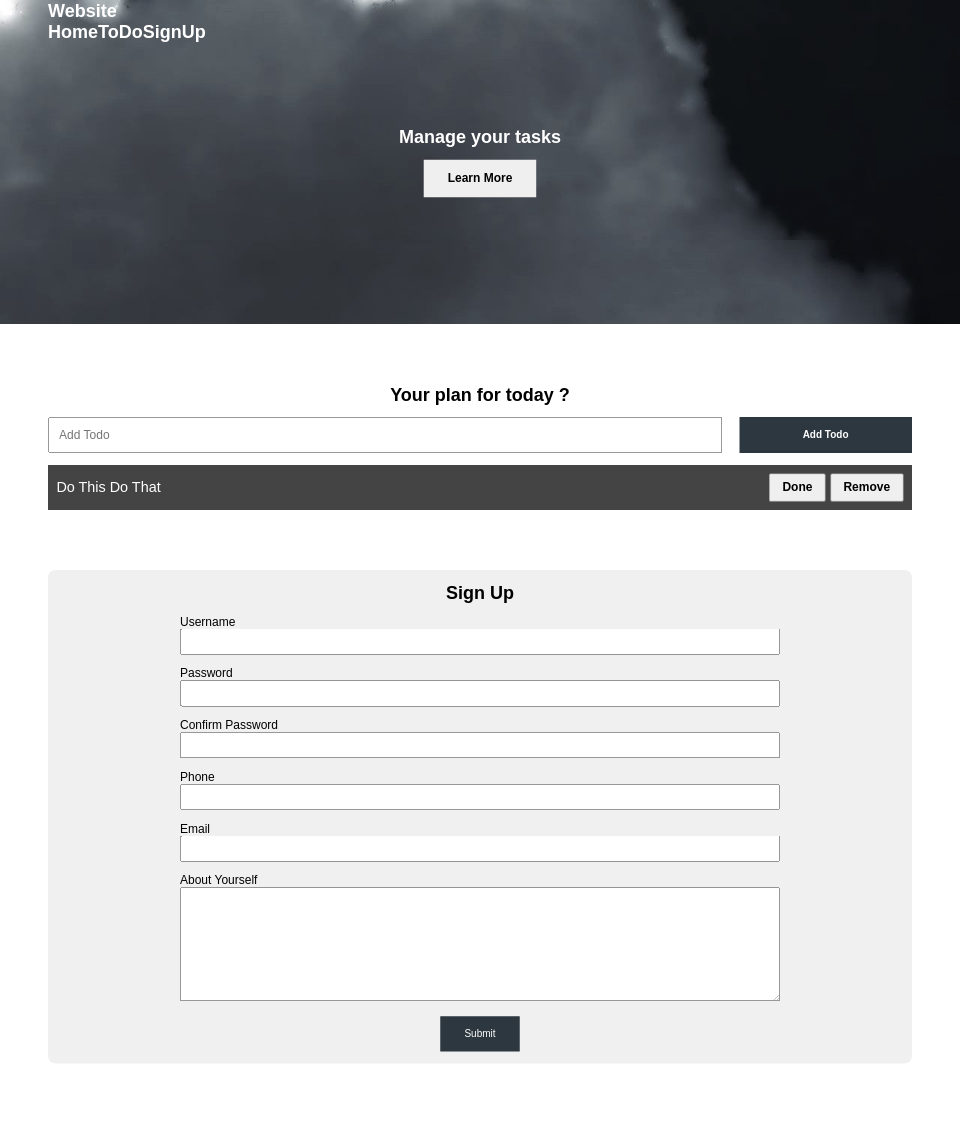
Repository: codewithfaizan/JavaScriptSelf
Page: 27.08.2022/index.html
An editor plug-in stored every save of this project. The page is shown before and after the next save, followed by the edit.
The browser window is 1280 px wide. The pictures show the whole page, at 75% of full size.

Above is the page before, as saved 2022-08-27 17:04:04.

### 27.08.2022/index.html
<!-- Creating html page -->
<!DOCTYPE html>
<html lang="en">
<head>
    <meta charset="UTF-8">
    <meta http-equiv="X-UA-Compatible" content="IE=edge">
    <meta name="viewport" content="width=device-width, initial-scale=1.0">
    <title>Website</title>
    <link rel="stylesheet" href="style.css">
</head>
<body>
    <header class="header">
        <nav class="nav container">
                <h1 class="logo">Website</h1class>
                <ul class="nav-items">
                    <li class="nav-item"><a href="#home">Home</a></li>
                    <li class="nav-item><a href="">ToDo</a></li>
                    <li class="nav-item><a href="">SignUp</a></li>
                </ul>
        </nav>

        <div class="headline">
            <h2 id="main-heading">
              Manage your tasks <span style="display: none">Hello</span>
            </h2>
            <button class="btn btn-headline">Learn More</button>
          </div>
    </header>
    <section class="section-todo container">
        <h2>Your plan for today ?</h2>

        <form class="form-todo">
          <input type="text" name="" id="" placeholder="Add Todo" />
          <input type="submit" value="Add Todo" class="btn" />
        </form>

        <ul class="todo-list">
            <li>
              <span class="text">Do this do that</span>
              <div class="todo-buttons">
                <button class="todo-btn done">Done</button>
                <button class="todo-btn remove">Remove</button>
              </div>
            </li>
          </ul>
        </section>

        <section class="section-signup container">
            <h2>Sign Up</h2>
            <form class="signup-form">
              <div class="form-group">
                <label for="username">Username</label>
                <input type="text" name="username" id="username" />
              </div>
              <div class="form-group">
                <label for="password">Password</label>
                <input type="password" name="password" id="password" />
              </div>
              <div class="form-group">
                <label for="confirmPassword">Confirm Password</label>
                <input type="password" name="confirmPassword" id="confirmPassword" />
              </div>
              <div class="form-group">
                <label for="phone">Phone</label>
                <input type="text" name="phone" id="phone" />
              </div>
              <div class="form-group">
                <label for="email">Email</label>
                <input type="email" name="email" id="email" />
              </div>
              <div class="form-group">
                <label for="about">About Yourself</label>
                <textarea name="about" id="about" cols="30" rows="10"></textarea>
              </div>
              <button type="submit" class="btn signup-btn">Submit</button>
            </form>
          </section>
</body>
</html>

### 27.08.2022/style.css
*{
    box-sizing: border-box;
    padding:0;
    margin: 0;
}

body {
    font-family:Arial, Helvetica, sans-serif;
}

a{
    text-decoration: none;
    color:white
}
.header{
    position: relative;
    min-height: 60vh;  /* <--!vh means viewport height--> */
    background-image: url(./pexels-sevenstorm-juhaszimrus-1302330.jpg);
    background-position: center;
    background-repeat: no-repeat;
    color: white;
}

.container{
    max-width: 1200px;
    margin: auto;
    width: 90%;
}
.nav {
    min-height: 8vh;
    display: flex;
    justify-content: space-between;
    align-items: center;
  }

  .nav-items {
    width: 40%;
    display: flex;
    list-style-type: none;
    justify-content: space-between;
  }
  .headline {
    text-align: center;
    position: absolute;
    top: 50%;
    left: 50%;
    transform: translate(-50%, -50%);
  }

  .btn {
    display: inline-block;
    outline: none;
    border: none;
    cursor: pointer;
  }

  .btn-headline {
    padding: 1rem 2rem;
    font-size: 1rem;
    margin-top: 1rem;
    font-weight: 600;
  }

  .section-todo {
    margin-top: 5rem;
    text-align: center;
  }

  .form-todo {
    min-height: 5vh;
    display: flex;
    justify-content: space-between;
    margin-top: 1rem;
  }

  .form-todo input {
    min-height: 100%;
  }
  .form-todo input[type="text"] {
    width: 78%;
    padding: 0.8rem;
    font-size: 1rem;
    font-weight: 400;
  }
  .form-todo input[type="submit"] {
    width: 20%;
    background: rgb(44, 55, 63);
    color: white;
    font-weight: bold;
  }
  .todo-list {
    text-align: left;
    font-size: 1.2rem;
    list-style-type: none;
  }
  .todo-list li {
    padding: 0.7rem;
    background: #444;
    color: white;
    margin-top: 1rem;
    text-transform: capitalize;
    display: flex;
    justify-content: space-between;
    align-items: center;
  }
  .todo-btn {
    /* min-height: 100%; */
    padding: 0.5rem 1rem;
    font-size: 1rem;
    font-weight: bold;
    cursor: pointer;
  }
  .section-signup {
    margin: 5rem auto;
    text-align: center;
    background: rgb(240, 240, 240);
    border-radius: 10px;
    padding: 1rem;
  }

  .signup-form {
    max-width: 800px;
    width: 95%;
    text-align: left;
    margin: auto;
  }
  .signup-form label {
    display: block;
  }

  .signup-form input {
    display: block;
    width: 100%;
    padding: 0.5rem;
  }
  .form-group {
    margin-top: 1rem;
  }
  .signup-form textarea {
    width: 100%;
  }
  .signup-btn {
    background: rgb(44, 55, 63);
    color: white;
    padding: 1rem 2rem;
    display: block;
    margin: auto;
    margin-top: 1rem;
  }

After the next save:
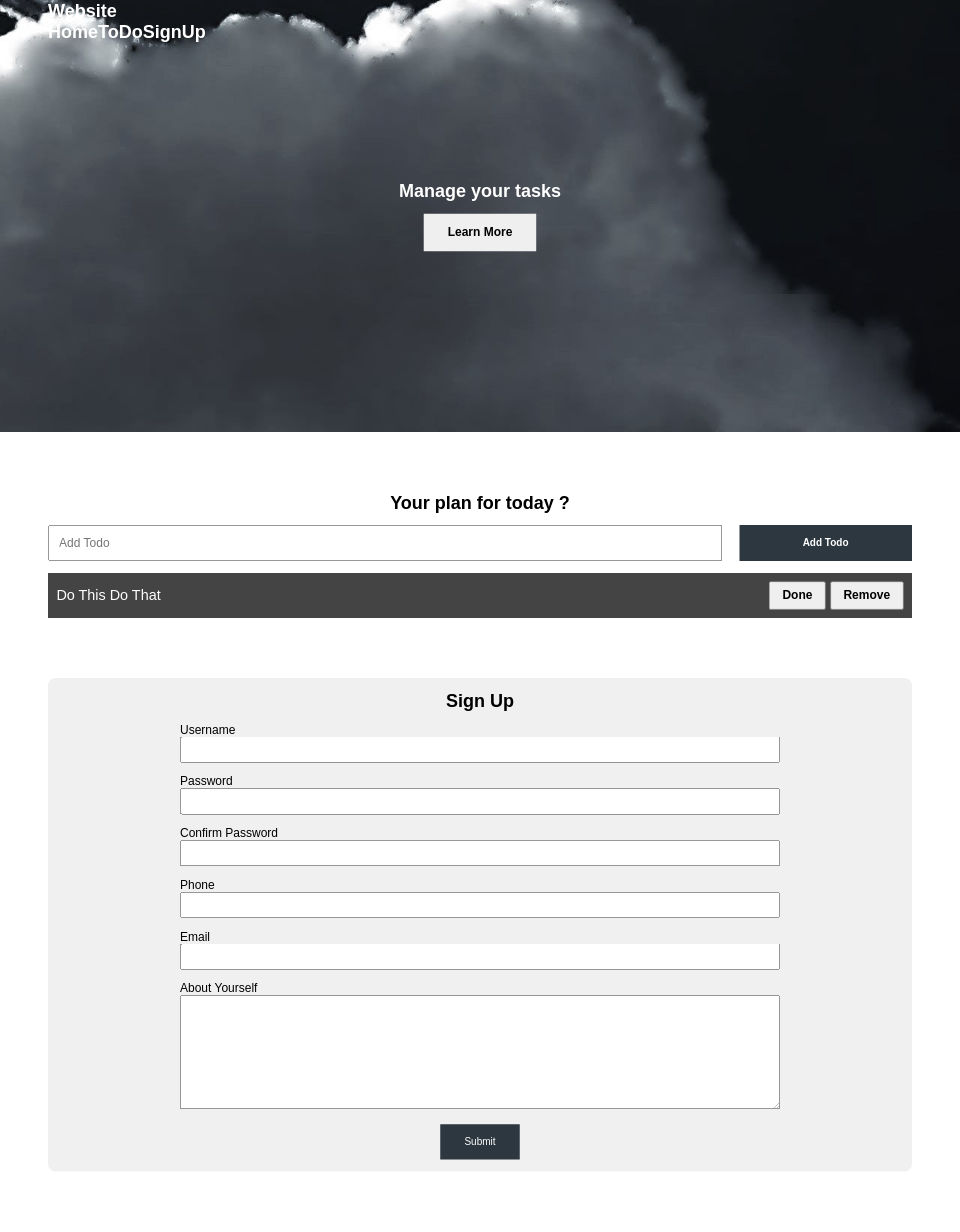
Saved 8 s later.
--- a/27.08.2022/style.css
+++ b/27.08.2022/style.css
@@ -14,7 +14,7 @@ a{
 }
 .header{
     position: relative;
-    min-height: 60vh;  /* <--!vh means viewport height--> */
+    min-height: 80vh;  /* <--!vh means viewport height--> */
     background-image: url(./pexels-sevenstorm-juhaszimrus-1302330.jpg);
     background-position: center;
     background-repeat: no-repeat;
